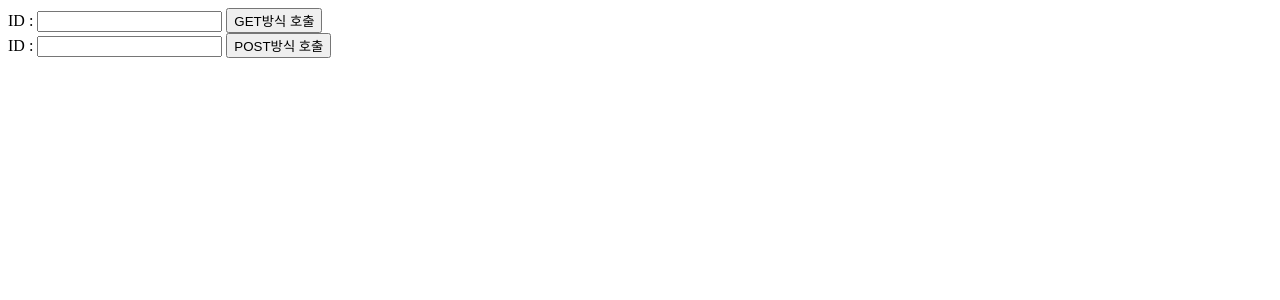
Repository: sunnny10/web-workspace
Page: Lecture-Web/src/main/webapp/servlet/method.html
These files come from the project's save history. The page is drawn as it stood at one moment and after the next save; the edit follows.
The browser window is 1280 px wide. The pictures show the whole page.

Above is the page before, as saved 2022-06-02 02:47:09.

After the next save:
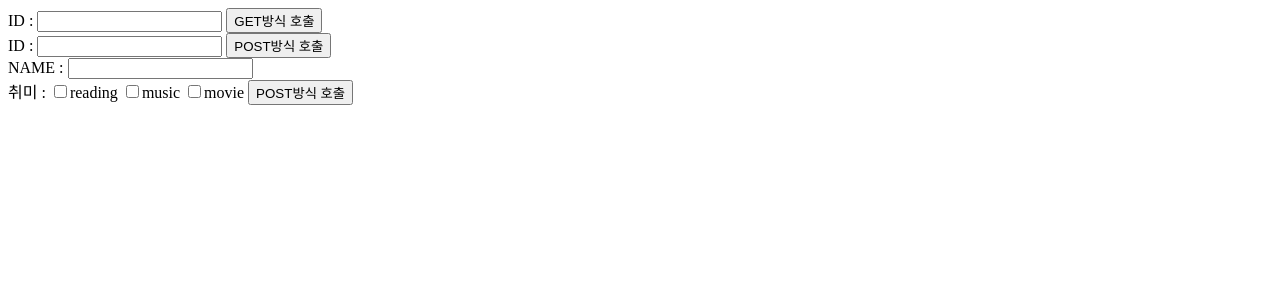
Saved 6 min 36 s later.
--- a/Lecture-Web/src/main/webapp/servlet/method.html
+++ b/Lecture-Web/src/main/webapp/servlet/method.html
@@ -14,5 +14,13 @@
 		ID : <input type="text" name="id">
 		<input type="submit" value="POST방식 호출">
 	</form>
+	<form action="/Lecture-Web/method" method="get">
+		NAME : <input type="text" name="id"><br>
+		취미 :
+		<input type="checkbox">reading
+		<input type="checkbox">music
+		<input type="checkbox">movie
+		<input type="submit" value="POST방식 호출">
+	</form>
 </body>
 </html>
